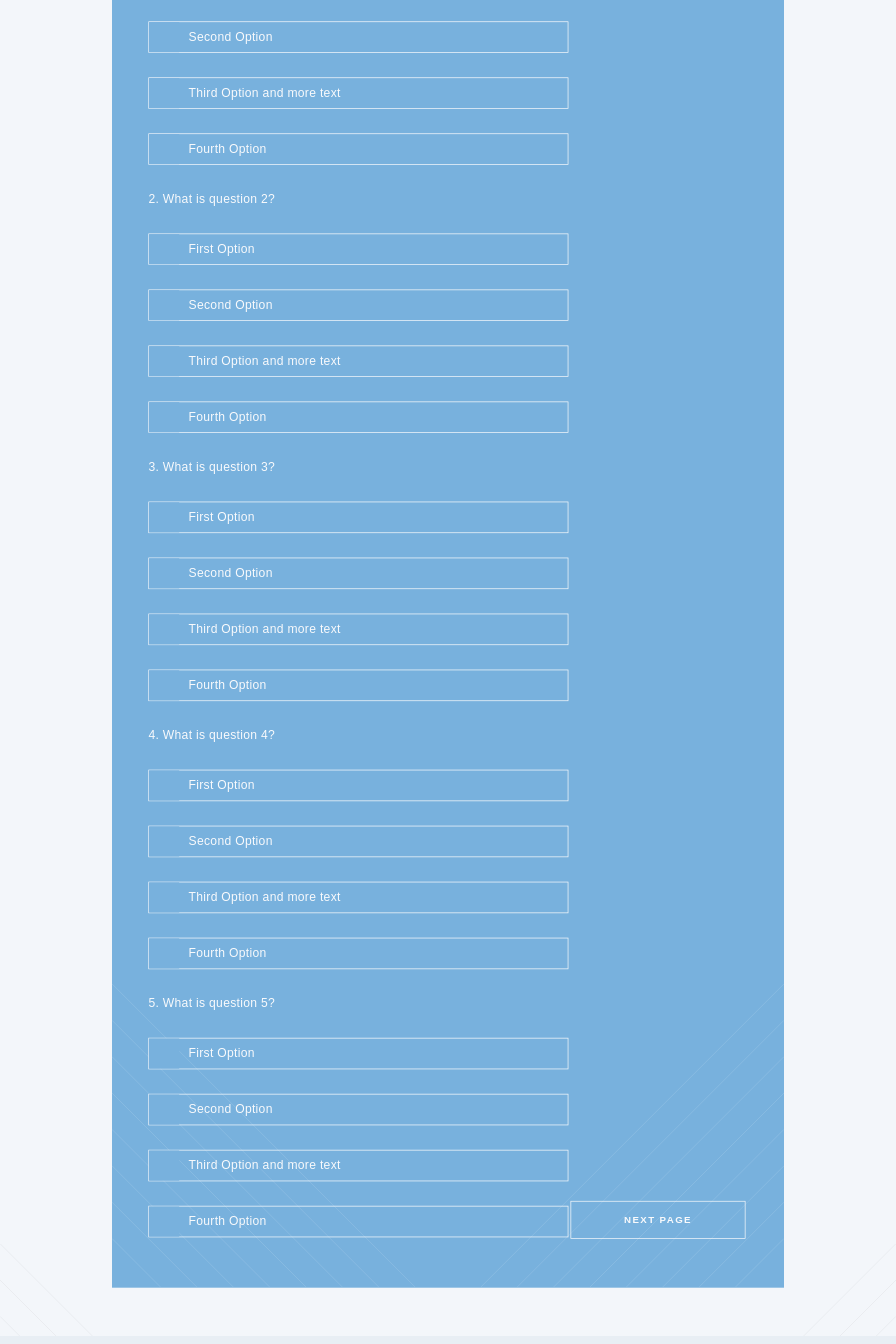
Repository: buzzeh/PatriotMatch
Page: ui/questions.html
The author's editor kept a record of every edit. The page is drawn from the files as they stood at one moment, then again after the next edit.
The browser window is 1280 px wide. The pictures show the part of the page from y = 511 to 2431 px (the page is 2722 px tall before and 2693 px after), at 70% of full size.

Above is the page before.

After the next edit:
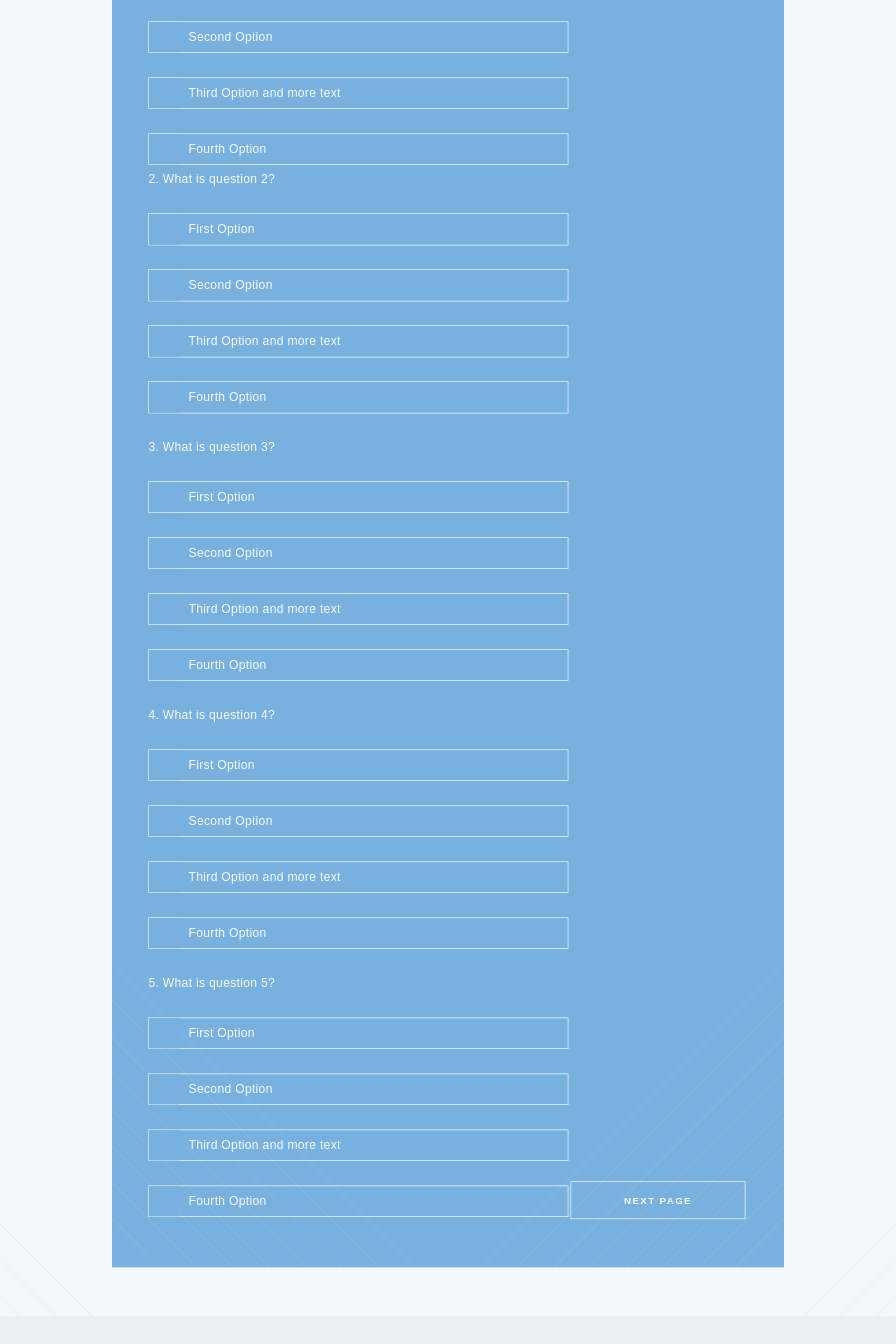
The edit:
--- a/ui/questions.html
+++ b/ui/questions.html
@@ -76,7 +76,7 @@
 						<label for="radio4">Fourth Option</label>
 					</div>
 				</div>
-<br><br><br>
+<br><br>
 				<div>
 				2. What is question 2?
 					<div>
